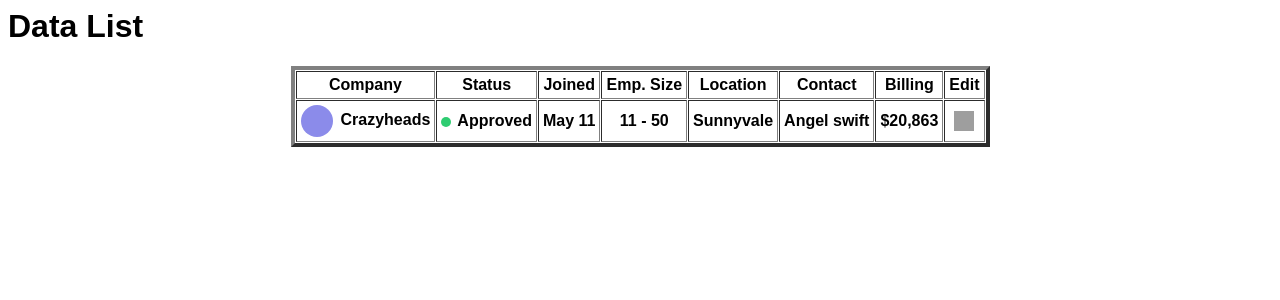
Repository: AdityaTech-Pro/FullStackWithBridgelabz
Page: Assignment2/Data_List/index.html
The author's editor kept a copy of each file at every save. The page is drawn from the files as they stood at one save, then again after the next save.
The browser window is 1280 px wide. The pictures show the whole page.
Pictures or frames that could not be fetched are drawn as grey boxes.

Above is the page before, as saved 2025-10-15 09:44:20.

### Assignment2/Data_List/index.html
<html>

<head>
    <style>
        body {
            font-family: Arial, Helvetica, sans-serif;
        }

        .center {
            margin-left: auto;
            margin-right: auto;
        }
        /* small icon class for action images */

        .icon {
            width: 20px;
            height: 20px;
            vertical-align: middle;
        }
        /* circular avatar placeholder that can contain an image */

        .avatar {
            display: inline-block;
            width: 32px;
            height: 32px;
            border-radius: 50%;
            background: rgb(139, 139, 234);
            margin-right: 8px;
            vertical-align: middle;
            overflow: hidden;
        }

        .avatar img {
            width: 100%;
            height: 100%;
            object-fit: cover;
            display: block;
        }
        /* small status dot to show approval, pending, etc. */

        .status-dot {
            display: inline-block;
            width: 10px;
            height: 10px;
            border-radius: 50%;
            background: #2ecc71;
            /* green = approved */
            margin-right: 6px;
            vertical-align: middle;
        }
    </style>
</head>
<title>
    <h2>Welcome to My Web Page</h2>
</title>

<body>
    <table border="4" cellspacing="1" cellpadding="4" class="center">
        <h1 class="center">Data List</h1>
        <tr>
            <th>Company</th>
            <th>Status</th>
            <th>Joined</th>
            <th>Emp. Size</th>
            <th>Location</th>
            <th>Contact</th>
            <th>Billing</th>
            <th>Edit</th>
        </tr>

        <tr>
            <th><span class="avatar" id="avatar-crazyheads" title="Add logo"></span>Crazyheads</th>
            <th><span class="status-dot"></span>Approved</th>
            <th>May 11</th>
            <th>11 - 50</th>
            <th>Sunnyvale</th>
            <th>Angel swift</th>
            <th>$20,863</th>
            <th>
                <img class="icon" src="https://www.svgrepo.com/show/325130/edit-pencil.svg" alt="Edit">
            </th>
        </tr>
    </table>

</body>

</html>

After the next save:
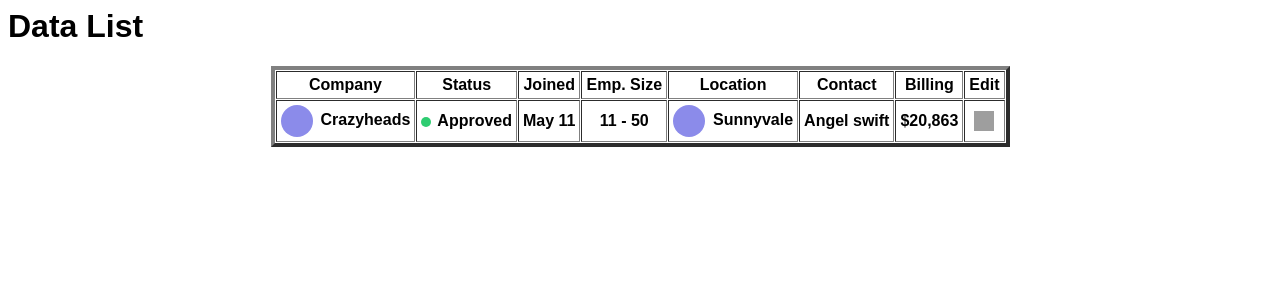
Saved 100 s later.
--- a/Assignment2/Data_List/index.html
+++ b/Assignment2/Data_List/index.html
@@ -73,7 +73,7 @@
             <th><span class="status-dot"></span>Approved</th>
             <th>May 11</th>
             <th>11 - 50</th>
-            <th>Sunnyvale</th>
+            <th><span class="avatar" id="avatar-crazyheads" title="Add logo"></span>Sunnyvale</th>
             <th>Angel swift</th>
             <th>$20,863</th>
             <th>
